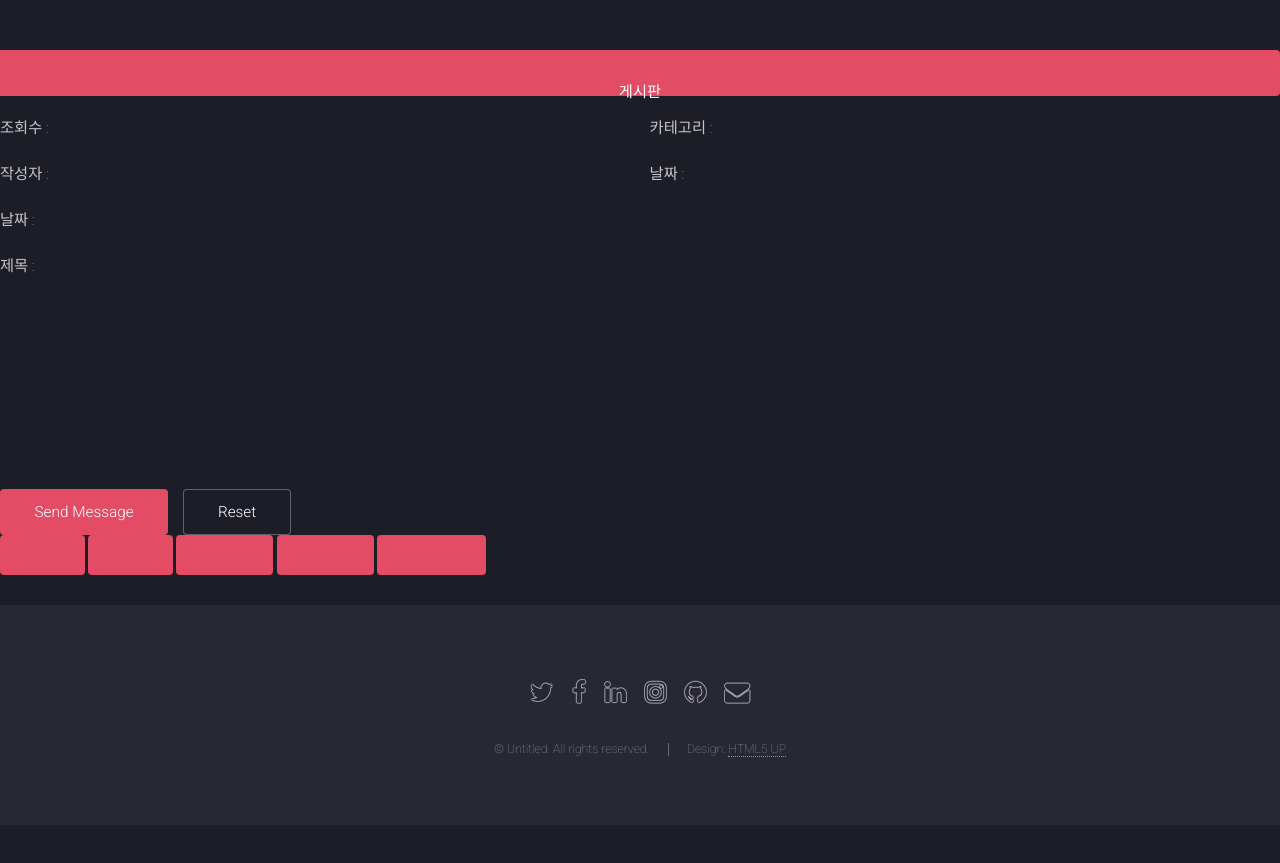
Repository: worMholEamkim/SpringEX
Page: http://localhost/bbs/bbsview.do
These files come from the project's save history. The page is drawn as it stood at one moment and after the next save; the edit follows.
The browser window is 1280 px wide. The pictures show the whole page.
The page is served by Tomcat 9. Other server files are loaded and not shown. Queries for data that is not in the repository find no rows.

Above is the page before, as saved 2019-03-18 00:57:29.

### JSP_WepPage_Server-master.zip_expanded/JSP_WepPage_Server-master/bbs/WebContent/WEB-INF/bbsview.jsp
<%-- <%@ page language="java" contentType="text/html; charset=UTF-8"
	pageEncoding="UTF-8"%>
<%@ taglib prefix="c" uri="http://java.sun.com/jsp/jstl/core"%>

<!DOCTYPE html>
<html lang="en">
<head>
<title>게시판 볼거야 야무지게</title>
<meta charset="utf-8">
		<meta charset="utf-8" />
		<meta name="viewport" content="width=device-width, initial-scale=1, user-scalable=no" />
		<link rel="stylesheet" href="assets/css/main.css" />
</head>
<body class="is-preload">
	<%
		String sessionID = null;
		if (session.getAttribute("sessionID") != null) {
			sessionID = (String) session.getAttribute("sessionID");
		}
	%>
	<div class="table-wrapper">

		<div class="w3-panel">
				<thead>
						<h3 class="button primary fit">게시판</h3>
						<td width=25%>조회수: ${bbsview.bbsHit}</td>
						<td width=25%>카테고리	: ${bbsview.bbsCategory}</td>
						<td width=25%>작성자: ${bbsview.id}</td>
						<td width=25%>날짜: ${bbsview.bbsDate}</td>
					</tr>
				</thead>
				<tbody>
					<tr>
						<td colspan="4">
							<button class="w3-button w3-block w3-button w3-black">제목
								: ${bbsview.bbsTitle}</button>
						</td>
					</tr>

					<tr>
						<td colspan="4">
							<div class="w3-panel">
								<p style="background-color: black; color: white; font-size: 20px; line-height:2; padding: 50px 50px;">
									${bbsview.bbsContent}</p>
							</div>
						</td>
					</tr>
					<tr>
					</tr>
					<tr>
						<td colspan="4">
							<div class="w3-panel">
								<c:forEach var="item" items="${files}" >
									<a href="bbsFile.do?id=${item.fileId}" target="_blank">${item.orgn_File_Nm}
									</a>
								</c:forEach>
							</div>
						</td>
					</tr>

					<tr>
						<td></td>
						<c:choose>
							<c:when test="${bbsview.id ==sessionID}">
								<td>
									<button class="w3-button w3-block w3-button w3-red">

										<a href="bbsdelete.do?id=${bbsview.bbsId}">삭제</a>

									</button>
								</td>
								<td>
									<button class="w3-button w3-block w3-button w3-black">

										<a href="bbsupdate.do?id=${bbsview.bbsId}">수정</a>

									</button>
								</td>
							</c:when>
							<c:otherwise>
								<td>
									<button class="w3-button w3-block w3-button w3-red">
										삭제x</button>
								</td>
								<td>
									<button class="w3-button w3-block w3-button w3-black">
										수정x</button>
								</td>
							</c:otherwise>
						</c:choose>
						<td>
							<button class="w3-button w3-block w3-button w3-indigo">
								<a href='bbsupload2.do'>글쓰기</a>
							</button>
						</td>
					</tr>
				</tbody>
				<tfoot>
					<tr>
						<td>
						</td>

						<td colspan="2">
							<button class="w3-button w3-block w3-button w3-indigo">
								<a href='bbs.do'>게시판</a>
							</button>
						</td>

						<td>
						</td>
					</tr>

					<tr>
						<td colspan="4">
							<button class="w3-button w3-block w3-button w3-black">
								<a href='home.do'>처음으로</a>
							</button>
						</td>
					</tr>
					<tr>
						<td colspan="2"></td>
						<td colspan="2" align="right">
<!-- 							<div style="display: inline-block; width: 100%;"> -->
<!-- 								<form> -->
<!-- 									<input type="text" name="commentContent" -->
<!-- 										style="width: 90%; padding: 12px 20px; margin: 8px 0; box-sizing: border-box; border: 2px solid glay; outline: none;"> -->

<!-- 									<button type="submit" -->
<!-- 										class="w3-button w3-block w3-button w3-red" -->
<!-- 										style="width: 40%;"> -->
										<a href='bbscomment.do?id=${bbsview.bbsId}'>댓글달기</a>
<!-- 									</button> -->
<!-- 								</form> -->
<!-- 							</div> -->
						</td>
					</tr>
				</tfoot>
			</table>
		</div>
	</div>
</body>
</html> --%>
<%@ page language="java" contentType="text/html; charset=UTF-8"
	pageEncoding="UTF-8"%>
<%@ taglib prefix="c" uri="http://java.sun.com/jsp/jstl/core"%>

<!DOCTYPE html>
<html lang="en">
<head>
<title>게시판 볼거야 야무지게</title>
<meta charset="utf-8">
		<meta charset="utf-8" />
		<meta name="viewport" content="width=device-width, initial-scale=1, user-scalable=no" />
		<link rel="stylesheet" href="assets/css/main.css" />
</head>
<body class="is-preload">
	<%
		String sessionID = null;
		if (session.getAttribute("sessionID") != null) {
			sessionID = (String) session.getAttribute("sessionID");
		}
	%>
	<div class="wrapper style1">

<!-- Form -->
							<section>

								<form>
									<div class="row gtr-uniform gtr-50">
									<botton class="button primary fit">게시판</botton>

										<div class="col-6 select">
											조회수 : ${bbsview.bbsHit}
										</div>
										<div class="col-6 select">
											카테고리 : ${bbsview.bbsCategory}
										</div>
										<div class="col-6">
											작성자 : ${bbsview.id}
										</div>
										<div class="col-6">
											날짜 : ${bbsview.bbsDate}
										</div>
										<div class="col-6">
											날짜 : ${bbsview.bbsDate}
										</div>
										<div class="col-12">
											제목 : ${bbsview.bbsTitle}
										</div>
										<blockquote>
										<div class="col-12">
											<p style=" font-size: 20px; line-height:2; padding: 50px 50px;">
										${bbsview.bbsContent}</p>
										</div>
										</blockquote>
										<div class="col-6">
											<c:forEach var="item" items="${files}" >
												<a href="bbsFile.do?id=${item.fileId}" target="_blank">${item.orgn_File_Nm}
												</a>
											</c:forEach>
										</div>
										<div class="col-12">
											<ul class="actions">
												<li><input type="submit" value="Send Message" class="primary" /></li>
												<li><input type="reset" value="Reset" /></li>
											</ul>
										</div>
									</div>

									<div>
										<c:choose>
											<c:when test="${bbsview.id ==sessionID}">
												<td>
											<button class="button primary">

												<a href="bbsdelete.do?id=${bbsview.bbsId}">삭제</a>

											</button>
											</td>
											<td>
									<button class="button primary">

										<a href="bbsupdate.do?id=${bbsview.bbsId}">수정</a>

									</button>
								</td>
							</c:when>
							<c:otherwise>
								<td>
									<button class="button primary">
										삭제x</button>
								</td>
								<td>
									<button class="button primary">
										수정x</button>
								</td>
							</c:otherwise>
						</c:choose>

								</form>
	<td>
							<button class="button primary">
								<a href='bbsupload2.do'>글쓰기</a>
							</button>
						</td>
					</tr>
				</tbody>
				<tfoot>
					<tr>
						<td>
						</td>

						<td colspan="2">
							<button class="button primary">
								<a href='bbs.do'>게시판</a>
							</button>
						</td>

						<td>
						</td>
					</tr>

					<tr>
						<td colspan="4">
							<button class="button primary">
								<a href='home.do'>처음으로</a>
							</button>
						</td>
					</tr>
							</section>
							<footer id="footer">
					<ul class="icons">
						<li><a href="#" class="icon alt fa-twitter"><span class="label">Twitter</span></a></li>
						<li><a href="#" class="icon alt fa-facebook"><span class="label">Facebook</span></a></li>
						<li><a href="#" class="icon alt fa-linkedin"><span class="label">LinkedIn</span></a></li>
						<li><a href="#" class="icon alt fa-instagram"><span class="label">Instagram</span></a></li>
						<li><a href="#" class="icon alt fa-github"><span class="label">GitHub</span></a></li>
						<li><a href="#" class="icon alt fa-envelope"><span class="label">Email</span></a></li>
					</ul>
					<ul class="copyright">
						<li>&copy; Untitled. All rights reserved.</li><li>Design: <a href="http://html5up.net">HTML5 UP</a></li>
					</ul>
				</footer>

		</div>

### JSP_WepPage_Server-master.zip_expanded/JSP_WepPage_Server-master/bbs/src/com/jsp/controller/BbsViewController.java
package com.jsp.controller;

import java.io.IOException;
import java.util.List;

import javax.servlet.RequestDispatcher;
import javax.servlet.ServletException;
import javax.servlet.http.HttpServlet;
import javax.servlet.http.HttpServletRequest;
import javax.servlet.http.HttpServletResponse;

import com.jsp.dao.BbsDao;
import com.jsp.dao.BbsFileDao;
import com.jsp.dto.BbsDto;
import com.jsp.dto.BbsFileDto;

public class BbsViewController extends HttpServlet {

	@Override
	protected void doGet(HttpServletRequest req, HttpServletResponse resp) throws ServletException, IOException {
		process(req, resp);
	}

	@Override
	protected void doPost(HttpServletRequest req, HttpServletResponse resp) throws ServletException, IOException {
		process(req, resp);
	}

	private void process(HttpServletRequest req, HttpServletResponse resp) throws ServletException, IOException {

		// bbsview에서 id에 넘긴 글번호 수가 넘어옴
		String bbsId = req.getParameter("id");
		BbsDao bbsDao = BbsDao.getInstance();
		BbsDto bbsDto = new BbsDto();
		int result = bbsDao.hitUpdate(bbsId);
		bbsDto = bbsDao.selectById(bbsId);
		// bbsId 확인
		//System.out.println("컨트롤러에서 id =" + bbsId);
		// bbsDto 확인
		//System.out.println("컨트롤러에서 " + bbsDto.toString());
		req.setAttribute("bbsview", bbsDto);


		BbsFileDao bbsfDao = BbsFileDao.getInstance();
		List<BbsFileDto> files = bbsfDao.selectByBbsId(bbsId);
		//
		System.out.println("컨트롤러에서 files " + files);
		req.setAttribute("files", files);
		RequestDispatcher rd = req.getRequestDispatcher("/WEB-INF/bbsview.jsp");
		rd.forward(req, resp);
	}
}

### JSP_WepPage_Server-master.zip_expanded/JSP_WepPage_Server-master/bbs/src/com/jsp/dto/BbsDto.java
package com.jsp.dto;

public class BbsDto {

	private String id;
	private String bbsId;
	private String bbsTitle;
	private String bbsDate;
	private String bbsCategory;
	private String bbsContent;
	private String bbsHit;

	public String getId() {
		return id;
	}
	public void setId(String id) {
		this.id = id;
	}
	public String getBbsId() {
		return bbsId;
	}
	public void setBbsId(String bbsId) {
		this.bbsId = bbsId;
	}
	public String getBbsTitle() {
		return bbsTitle;
	}
	public void setBbsTitle(String bbsTitle) {
		this.bbsTitle = bbsTitle;
	}
	public String getBbsDate() {
		return bbsDate;
	}
	public void setBbsDate(String bbsDate) {
		this.bbsDate = bbsDate;
	}
	public String getBbsCategory() {
		return bbsCategory;
	}
	public void setBbsCategory(String bbsCategory) {
		this.bbsCategory = bbsCategory;
	}
	public String getBbsContent() {
		return bbsContent;
	}
	public void setBbsContent(String bbsContent) {
		this.bbsContent = bbsContent;
	}
	public String getBbsHit() {
		return bbsHit;
	}
	public void setBbsHit(String bbsHit) {
		this.bbsHit = bbsHit;
	}
	@Override
	public String toString() {
		return "BbsDto [id=" + id + ", bbsId=" + bbsId + ", bbsTitle=" + bbsTitle + ", bbsDate=" + bbsDate
				+ ", bbsCategory=" + bbsCategory + ", bbsContent=" + bbsContent + ", bbsHit=" + bbsHit + "]";
	}

}

### JSP_WepPage_Server-master.zip_expanded/JSP_WepPage_Server-master/bbs/src/com/jsp/dao/BbsFileDao.java
package com.jsp.dao;

import java.sql.Connection;
import java.sql.DriverManager;
import java.sql.PreparedStatement;
import java.sql.ResultSet;
import java.sql.SQLException;
import java.util.ArrayList;
import java.util.List;
import java.util.Map;

import com.jsp.dto.BbsFileDto;

public class BbsFileDao {

	private static BbsFileDao bbsfDao;
	private Connection conn;
	private PreparedStatement pstmt;
	private int result;
	private ResultSet rs;
	//Map<String, Object> map;
	private List<BbsFileDto> bbsfList;
	private ArrayList fileIdList;


	private BbsFileDao() {

	}

	public static synchronized BbsFileDao getInstance() {
		if(bbsfDao == null) {
			bbsfDao = new BbsFileDao();
		}
		return bbsfDao;
	}

	public Connection getConnect() {
		String url = "jdbc:oracle:thin:@localhost:1521:xe";
		String id = "BIG";
		String pw = "1234";
		try {
			Class.forName("core.log.jdbc.driver.OracleDriver");
			conn = DriverManager.getConnection(url, id, pw);
		} catch(ClassNotFoundException e) {
			e.printStackTrace();
		} catch(SQLException e) {
			e.printStackTrace();
		}
		return conn;
	}



	public List<BbsFileDto> selectByBbsId(String bbsid) {
		System.out.println("야 갓재?");
		conn = this.getConnect();

		StringBuffer query = new StringBuffer();
		query.append("SELECT *");
		query.append(" FROM BBS_FILE");
		query.append(" WHERE BBSID=?");
		System.out.println("쿼리확인");
		try {
			pstmt = conn.prepareStatement(query.toString());
			pstmt.setString(1, bbsid);
			rs = pstmt.executeQuery();
			bbsfList = new ArrayList<>();

			while (rs.next()) {
				BbsFileDto bbsfDto = new BbsFileDto();
				bbsfDto.setFileId(rs.getString("FILEID"));
				bbsfDto.setOrgn_File_Nm(rs.getString("ORGN_FILE_NM"));
				// bbsfDto 확인
				System.out.println("filedao에서 bbsfdto" + bbsfDto);
				bbsfList.add(bbsfDto);

			}

		} catch (SQLException e) {

		} finally {
			this.close(conn, pstmt, null);
		}
		return bbsfList;
	}

	public String selectById(String fileId) {

		String bbsFile="";
		conn = this.getConnect();
		StringBuffer query = new StringBuffer();
		query.append("SELECT SAVE_FILE_NM");
		query.append("	FROM BBS_FILE");
		query.append("	WHERE FILEID=?");
		try {
			pstmt = conn.prepareStatement(query.toString());
			pstmt.setString(1,  fileId);
			rs = pstmt.executeQuery();

			if(rs.next()) {
				bbsFile = rs.getString("SAVE_FILE_NM");
			}
		} catch (SQLException e) {

		} finally {
			this.close(conn, pstmt, null);
		}
		return bbsFile;
	}

	public int delete(int id) {

			conn = this.getConnect();
			StringBuffer query = new StringBuffer();

			try {

				query.append("DELETE FROM BBS_FILE");
				query.append("	WHERE BBSID = ?");
				pstmt = conn.prepareStatement(query.toString());
				pstmt.setInt(1, id);
				int result = pstmt.executeUpdate();
				return result;
			} catch (SQLException e) {
				e.printStackTrace();
			} finally {
				this.close(conn, pstmt, null);
			}
			return -1;
		}

	public void close(Connection conn, PreparedStatement stmt, ResultSet rs) {
		if (rs != null) {
			try {
				rs.close();
			} catch (SQLException e) {
			}
		}
		if (stmt != null) {
			try {
				stmt.close();
			} catch (SQLException e) {
			}
		}
		if (conn != null) {
			try {
				conn.close();
			} catch (SQLException e) {
			}
		}
	}



}

Loaded but not shown: JSP_WepPage_Server-master.zip_expanded/JSP_WepPage_Server-master/bbs/WebContent/assets/css/font-awesome.min.css (library); JSP_WepPage_Server-master.zip_expanded/JSP_WepPage_Server-master/bbs/WebContent/assets/css/main.css (4070 lines, source omitted); JSP_WepPage_Server-master.zip_expanded/JSP_WepPage_Server-master/bbs/src/com/jsp/dao/BbsDao.java (376 lines, source omitted)

After the next save:
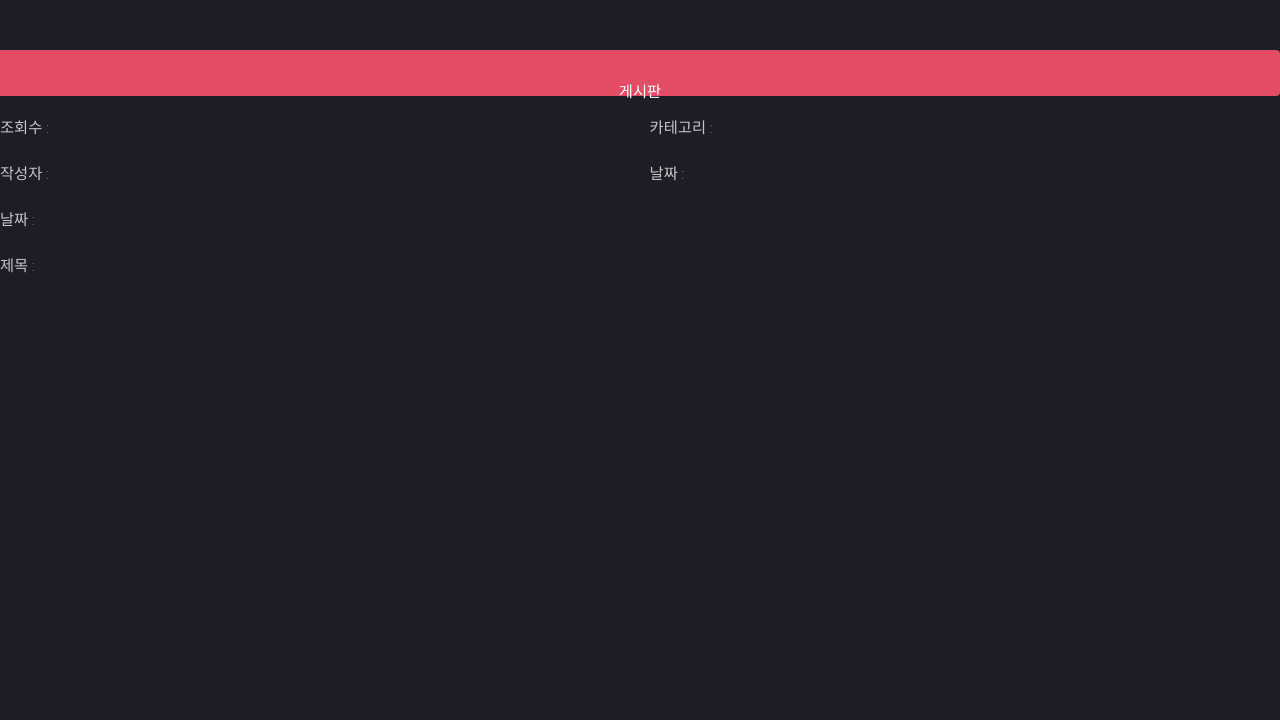
Saved 2 min 30 s later.
--- a/JSP_WepPage_Server-master.zip_expanded/JSP_WepPage_Server-master/bbs/WebContent/WEB-INF/bbsview.jsp
+++ b/JSP_WepPage_Server-master.zip_expanded/JSP_WepPage_Server-master/bbs/WebContent/WEB-INF/bbsview.jsp
@@ -192,7 +192,7 @@
 											<p style=" font-size: 20px; line-height:2; padding: 50px 50px;">
 										${bbsview.bbsContent}</p>
 										</div>
-										</blockquote>
+<!--
 										<div class="col-6">
 											<c:forEach var="item" items="${files}" >
 												<a href="bbsFile.do?id=${item.fileId}" target="_blank">${item.orgn_File_Nm}

After the save that followed:
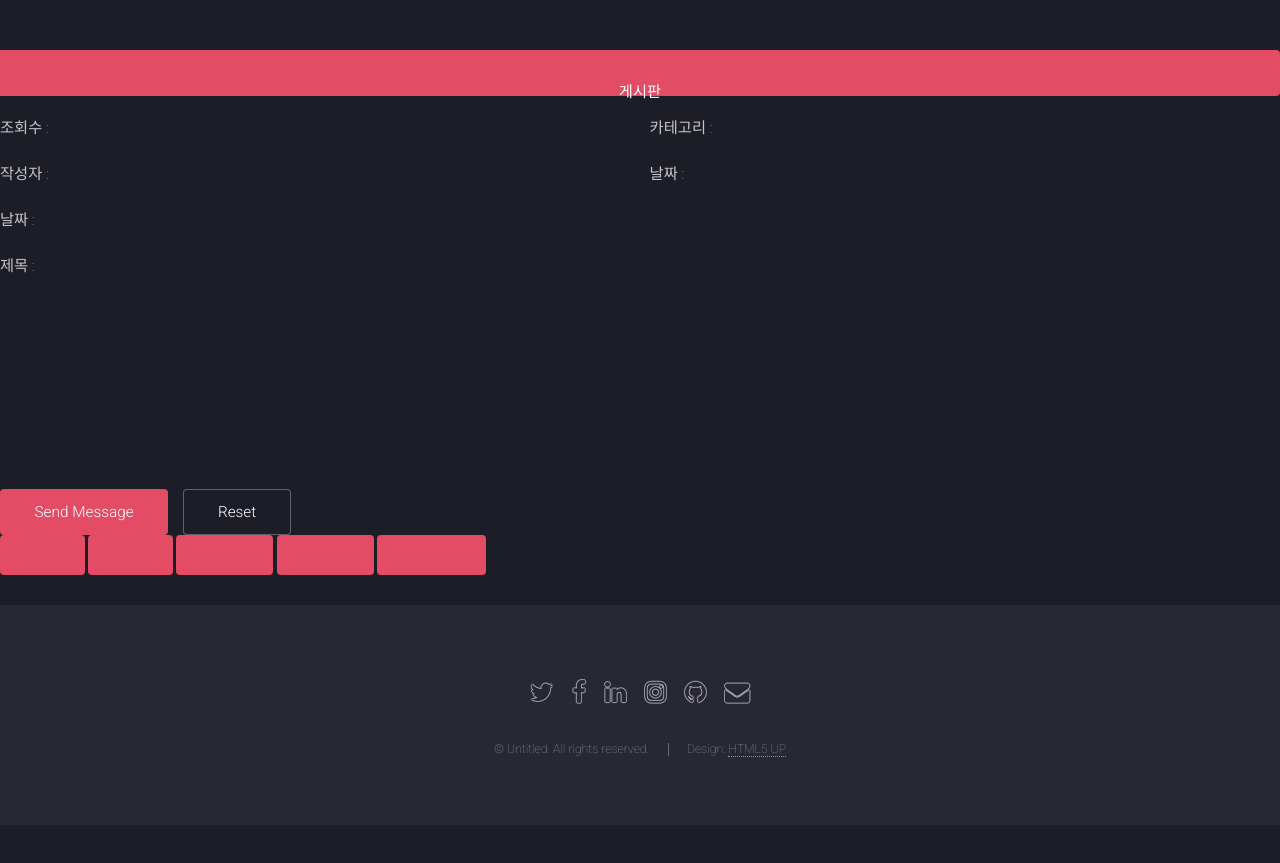
Saved 18 s later.
--- a/JSP_WepPage_Server-master.zip_expanded/JSP_WepPage_Server-master/bbs/WebContent/WEB-INF/bbsview.jsp
+++ b/JSP_WepPage_Server-master.zip_expanded/JSP_WepPage_Server-master/bbs/WebContent/WEB-INF/bbsview.jsp
@@ -192,7 +192,7 @@
 											<p style=" font-size: 20px; line-height:2; padding: 50px 50px;">
 										${bbsview.bbsContent}</p>
 										</div>
-<!--
+								</blockquote>
 										<div class="col-6">
 											<c:forEach var="item" items="${files}" >
 												<a href="bbsFile.do?id=${item.fileId}" target="_blank">${item.orgn_File_Nm}
